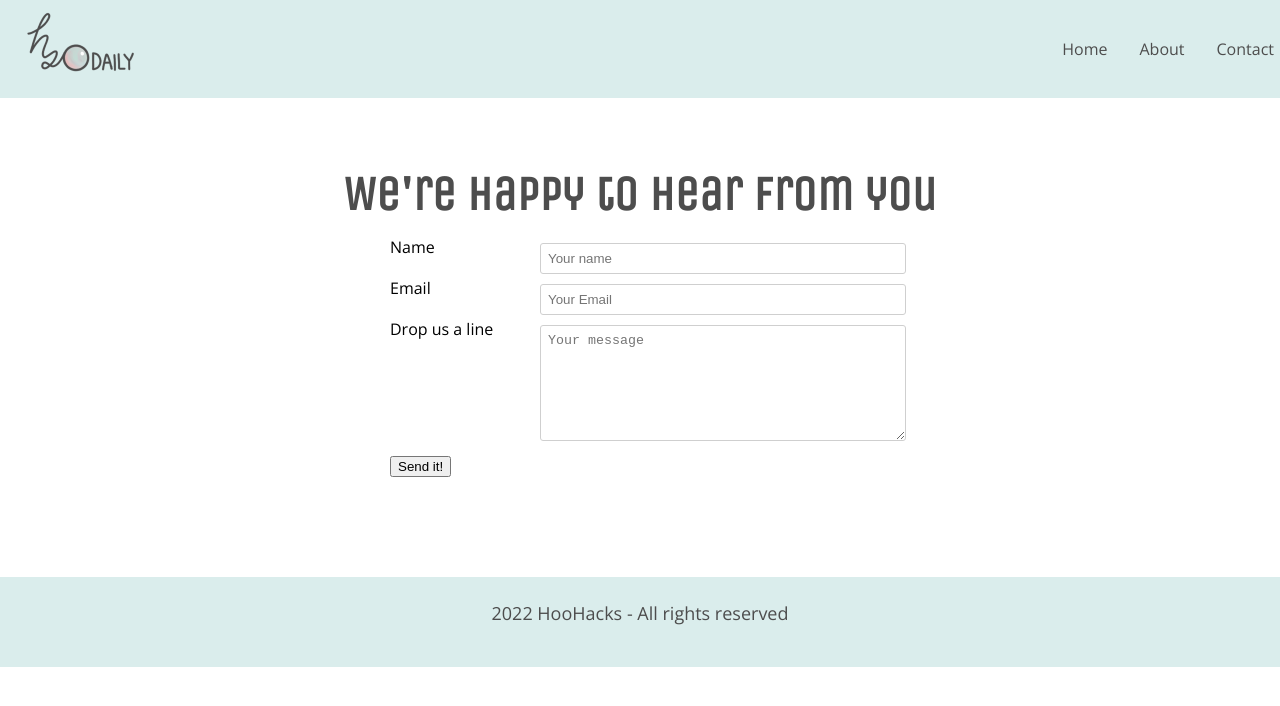
Repository: jennyjjung/H2ODaily
Page: contact.html
These files come from the project's save history. The page is drawn as it stood at one moment and after the next save; the edit follows.
The browser window is 1280 px wide. The pictures show the whole page.

Above is the page before, as saved 2022-03-26 21:04:15.

### contact.html
<!DOCTYPE html>
<html lang="en">
<head>
  <meta charset="UTF-8">
  <meta http-equiv="X-UA-Compatible" content="IE=edge">
  <meta name="viewport" content="width=device-width, initial-scale=1.0">
  <title>H2O Daily</title>
  <link href='https://fonts.googleapis.com/css?family=Unica One' rel='stylesheet'>
  <link href="https://fonts.googleapis.com/css2?family=Open+Sans:wght@400;600;700&display=swap" rel="stylesheet">
  <link rel="stylesheet" href="style.css" />
  <script src="main.js" defer></script>
</head>
<body>

  <nav id="navbar">
    <div class="navbar__logo">
      <a href="index.html"><img src="images/logo.png" id="navbar__logo"></a>
    </div>
    <div class="navbar__menu">
      <li class="navbar__menu__item"><a href="index.html">Home</a></li>
      <li class="navbar__menu__item"><a href="about.html">About</a></li>
      <li class="navbar__menu__item"><a href="contact.html">Contact</a></li>
    </div>
  </nav>

  <section id="contact">
    <h1>We're happy to hear from you</h1>
    <div class="contact__content">
      <form method="post" action="#" class="contact-form">
        <div class="row">
          <div class="table__label">
            <label for="name">Name</label>
          </div>
          <div class="table__input">
            <input type="text" name="name" id="name" placeholder="Your name" required>
          </div>
        </div>

        <div class="row">
          <div class="table__label">
            <label for="email">Email</label>
          </div>
          <div class="table__input">
            <input type="email" name="email" id="email" placeholder="Your Email" required>
          </div>
        </div>

        <div class="row">
          <div class="table__label">
            <label>Drop us a line</label>
          </div>
          <div class="table__input">
            <textarea name="message" placeholder="Your message"></textarea>
          </div>
        </div>

        <div class="row">
          <input type="submit" value="Send it!">
        </div>
      </form>
    </div>
  </section>

  <section id="bottom">
    <div class= "bottom__container">
      <p class="bottom__rights">2022 HooHacks - All rights reserved</p>
    </div>
  </section>

</body>
</html>

### style.css
/* Global */
:root {
  /* Color */
  --color-white: #ffffff;
  --color-dark-grey: #4d4d4d;
  --color-blue: #daedec;
  --color-dark-blue: #b9d8d6;
  --color-yellow: rgb(241, 247, 208);

  /* Font weight */
  --weight-bold: 700;
  --weight-semi-bold: 600;
  --weight-regular: 400;

  /* Font Size */
  --font-large: 48px;
  --font-medium: 28px;
  --font-regular: 18px;
  --font-small: 16px;
  --font-micro: 14px;

  /* Size */
  --size-border-radius: 4px;
}

body {
  margin: 0;
  font-family: "Open Sans";
  cursor: default;
  text-align: center;
}

h1 {
  font-size: var(--font-large);
  font-weight: var(--weight-bold);
  color: var(--color-dark-grey);
  font-family: "Unica One";
  margin: 16px 0px;
}

p {
  font-size: var(--font-regular);
  font-weight: var(--weight-regular);
  color: var(--color-dark-grey);
  margin: 4px 0;
}

li {
  list-style: none;
}

a {
  text-decoration: none;
  color: var(--color-dark-grey);
}

/* Navbar */
#navbar {
  position: fixed;
  display: flex;
  justify-content: space-between;
  width: 100%;
  background-color: var(--color-blue);
  padding: 10px;
  align-items: center;
}

.navbar__menu {
  display: flex;
  margin-left: 25px;
}

.navbar__logo {
  font-size: var(--font-medium);
  font-weight: var(--weight-semi-bold);
  justify-content: center;
}

#nevbar__logo {
  width: 80px;
  padding-left: 20px;
  padding-top: 10px;
}

.navbar__menu__item {
  padding: 8px 12px;
  margin: 0 4px;
  cursor: pointer;
  border-radius: var(--size-border-radius);
}

.navbar__menu__item:hover {
  background-color: var(--color-dark-blue);
}

/* Home */
#home,
#contact,
#about {
  padding: 150px 40px 100px 40px;
}

.home__title {
  color: var(--color-dark-grey);
}

.home__content {
  width: 80%;
}

.home__container {
  display: flex;
  flex-direction: column;
  align-items: center;
  justify-content: center;
}

.home__logo {
  width: 300px;
  height: 300px;
  margin: 20px;
  margin-bottom: 0;
}

.btn__home {
  color: var(--color-dark-grey);
  background-color: var(--color-blue);
  font-size: var(--font-regular);
  font-weight: var(--weight-bold);
  font-family: "Unica One";
  margin: 24px;
  padding: 8px 16px;
  border-radius: var(--size-border-radius);
}

.btn__home:hover {
  background-color: var(--color-dark-blue);
}

#bottom {
  background-color: var(--color-blue);
  padding: 20px;
  text-align: center;
  height: 50px;
}

.about__content,
.contact__content {
  width: 70%;
  text-align: center;
  margin: auto;
}

/* Contact */
form {
  width: 500px;
  margin: auto;
  margin-top: 20px;
}
.row {
  display: flex;
  justify-content: space-between;
  margin-top: 10px;
}

input[type="text"],
input[type="email"],
textarea {
  width: 100%;
  padding: 7px;
  border-radius: 3px;
  border: 1px solid rgb(207, 207, 207);
}

textarea {
  height: 100px;
}

.table__label {
  width: 30%;
  text-align: left;
  line-height: 50%;
}

.table__input {
  width: 70%;
}

input[type="submit"] {
}

Loaded but not shown: main.js (no copy from this time; the picture is the same without it)

After the next save:
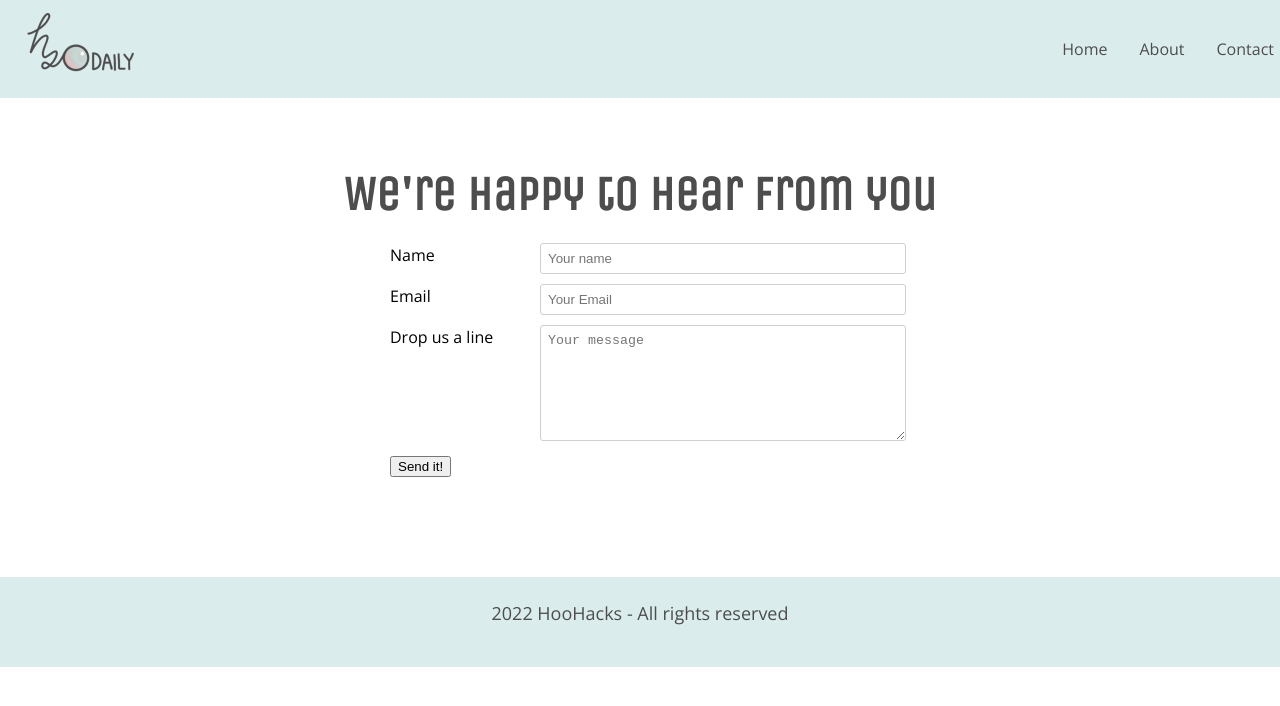
Saved 7 s later.
--- a/style.css
+++ b/style.css
@@ -179,7 +179,7 @@ textarea {
 .table__label {
   width: 30%;
   text-align: left;
-  line-height: 50%;
+  line-height: 150%;
 }
 
 .table__input {
